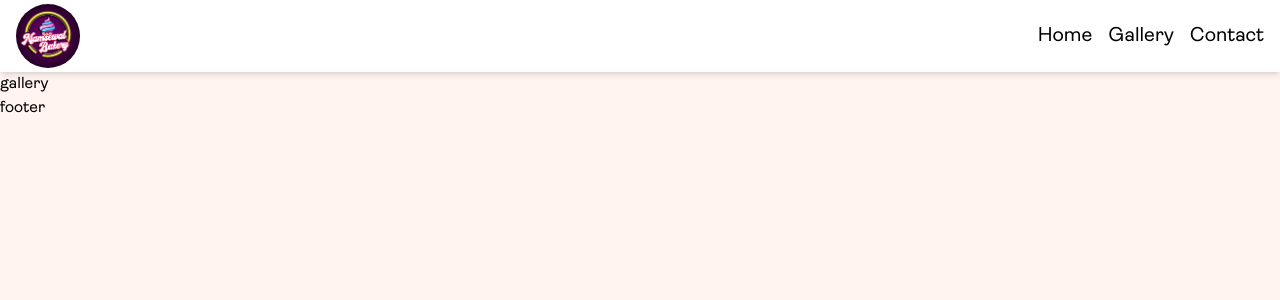
Repository: nabinkatwal7/namsewal
Page: /gallery
These files come from the project's save history. The page is drawn as it stood at one moment and after the next save; the edit follows.
The browser window is 1280 px wide. The pictures show the whole page.
The project was rebuilt for these pictures with package versions that can differ from the ones it lists, and the page was loaded fresh each time. The framework's server and built-in components were replaced by stand-ins that run in the browser. Also part of the build but not shown: next.config.mjs.

Above is the page before, as saved 2024-08-27 10:01:02.

After the next save:
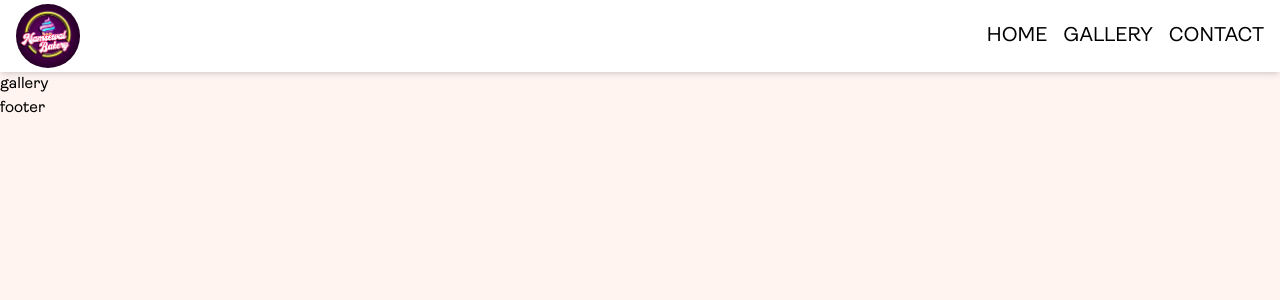
Saved 10 s later.
--- a/components/ui/Header.tsx
+++ b/components/ui/Header.tsx
@@ -29,7 +29,7 @@
         height={80}
         className="size-16 rounded-full"
       />
-      <div className="flex flex-row items-center gap-4 text-xl ">
+      <div className="flex flex-row items-center gap-4 text-xl uppercase">
         {links?.map((link) => (
           <Link key={link.id} href={link.href} className="hover:underline">
             {link.name}
